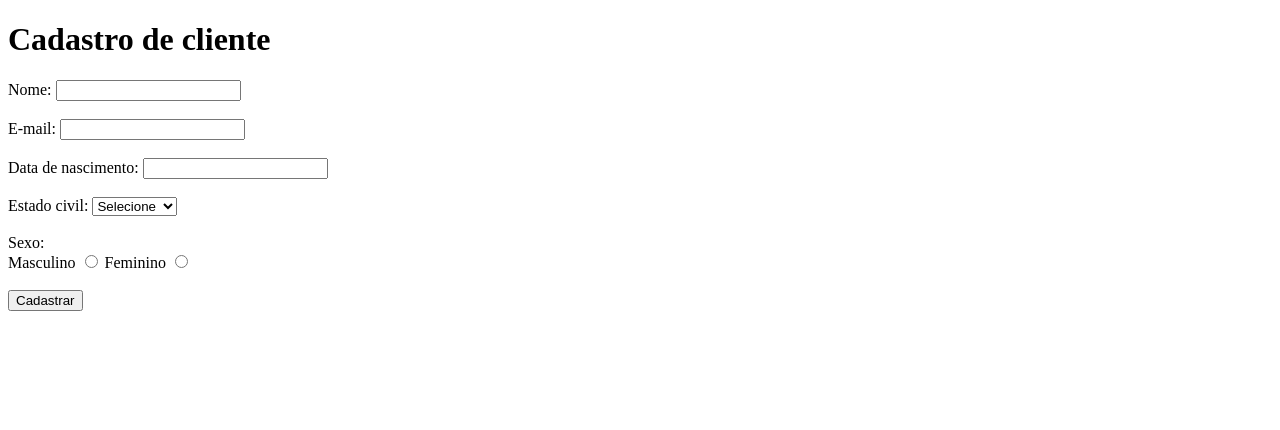
Repository: shamanickCoder/FIAP
Page: Desenvolvimentos de Sistemas Web/1 semestre/Javascript/15-Javascript/WebContent/cadastroCliente.html
These files come from the project's save history. The page is drawn as it stood at one moment and after the next save; the edit follows.
The browser window is 1280 px wide. The pictures show the whole page.

Above is the page before, as saved 2016-04-27 11:26:10.

### Desenvolvimentos de Sistemas Web/1 semestre/Javascript/15-Javascript/WebContent/cadastroCliente.html
<!DOCTYPE html>
<html>
<head>
<meta charset="UTF-8">
<title>Cadastro de cliente</title>
</head>
<body>
<div><h1>Cadastro de cliente</h1></div>
 <div>
  <form method = "post" action = "cadastrar">
   <div>
    <label for = "nome">Nome:</label>
    <input type = "text" id = "nome">
   </div>
   <br>
   <div>
    <label for = "email">E-mail:</label>
    <input type = "text" id = "email">
   </div>
   <br>
   <div>
    <label for = "data">Data de nascimento:</label>
    <input type = "text" id = "data">
   </div>
   <br>
   <div>
    <label for = "estado">Estado civil:</label>
    <select name = "estado" id = "estado">
     <option value = "">Selecione</option>
     <option value = "1">Solteiro</option>
     <option value = "2">Casado</option>
     <option value = "3">Divorciado</option>
    </select>
   </div>
   <br>
   <div>
    <label>Sexo:</label>
    <br>
    <label for = "masc">Masculino</label>
    <input type = "radio" id = "masc" name = "sexo" value = "M">
    <label for = "fem">Feminino</label>
    <input type = "radio" id = "fem" name = "sexo" value = "F">
   </div>
   <br>
   <input type = "button" name = "cadastro" value = "Cadastrar">
  </form>
 </div>
</body>
</html>

After the next save:
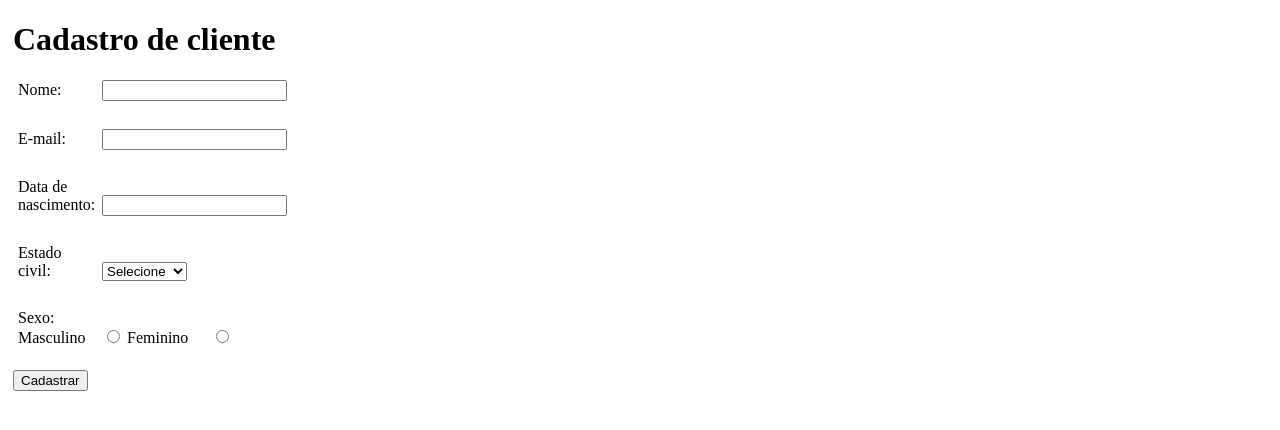
Saved 9 min 50 s later.
--- a/Desenvolvimentos de Sistemas Web/1 semestre/Javascript/15-Javascript/WebContent/cadastroCliente.html
+++ b/Desenvolvimentos de Sistemas Web/1 semestre/Javascript/15-Javascript/WebContent/cadastroCliente.html
@@ -3,6 +3,15 @@
 <head>
 <meta charset="UTF-8">
 <title>Cadastro de cliente</title>
+<style type = "text/css">
+ div{
+  margin: 5px;
+ }
+ label{
+  width:80px;
+  display: inline-block;
+ }
+</style>
 </head>
 <body>
 <div><h1>Cadastro de cliente</h1></div>
